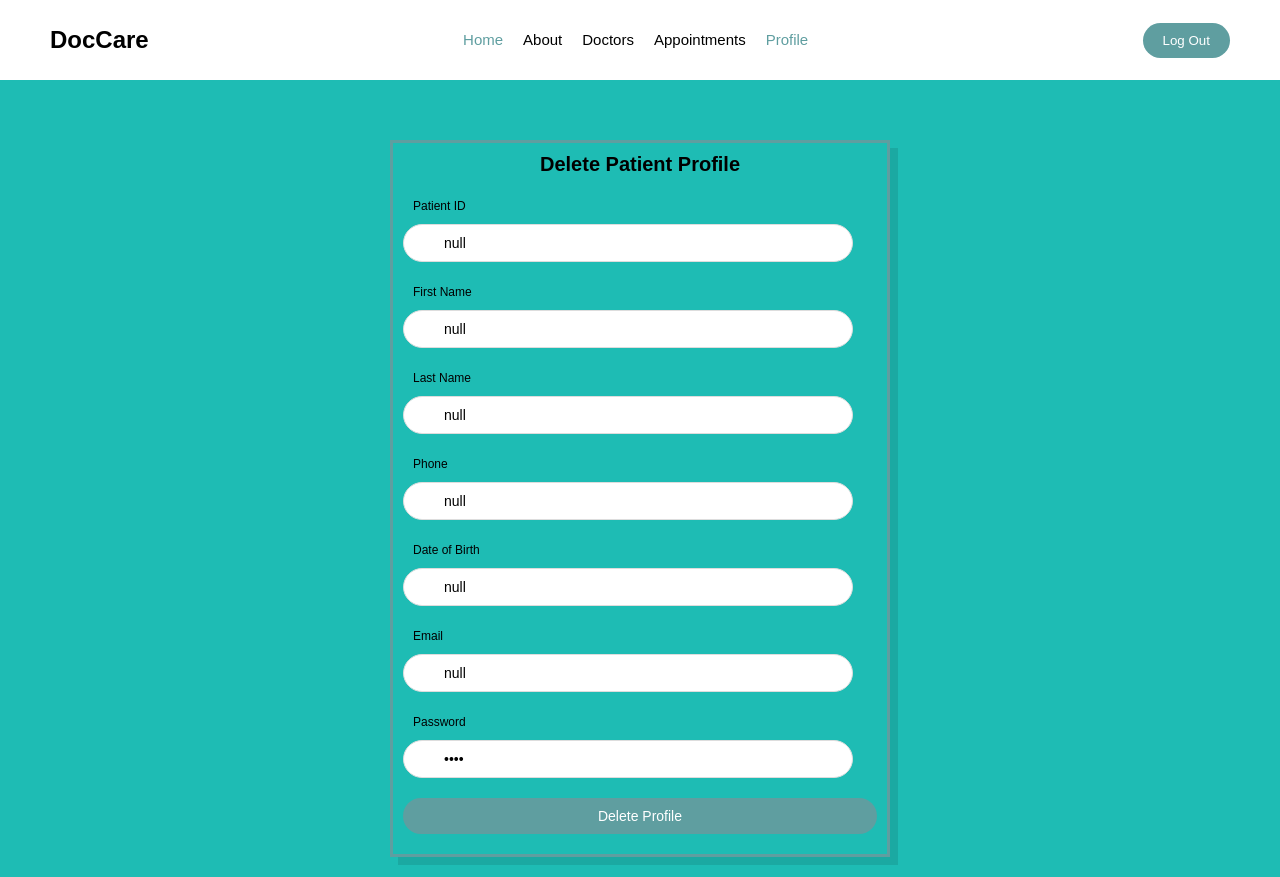
Repository: MonaliWatareka/echanneling
Page: http://localhost/PatientDemo/patientAccountDelete.jsp
The author's editor kept a copy of each file at every save. The page is drawn from the files as they stood at one save, then again after the next save.
The browser window is 1280 px wide. The pictures show the whole page.
The page is served by Tomcat 10.

Above is the page before, as saved 2024-10-13 04:37:58.

After the next save:
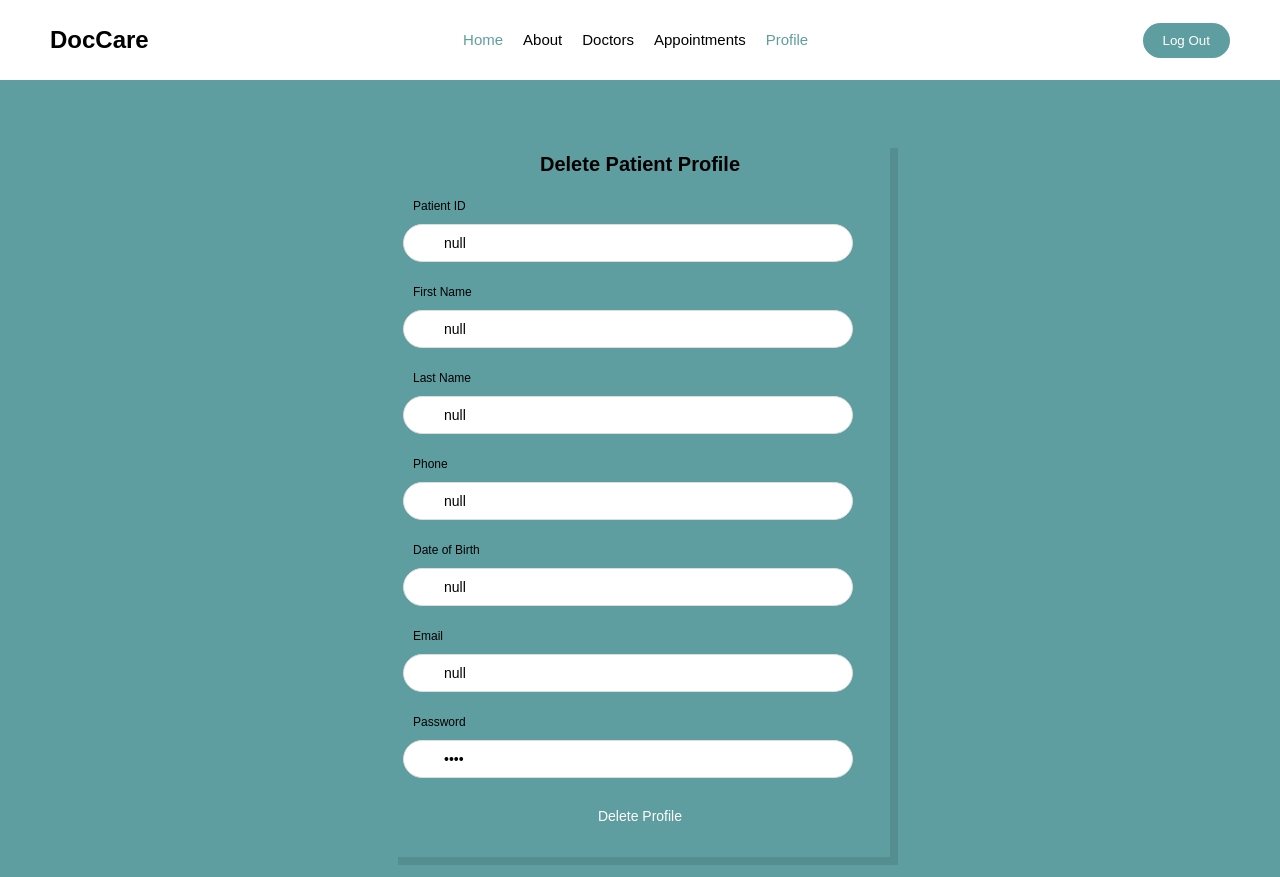
Saved 16 s later.
--- a/Project/PatientDemo/src/main/webapp/patientAccountDelete.jsp
+++ b/Project/PatientDemo/src/main/webapp/patientAccountDelete.jsp
@@ -7,7 +7,13 @@
     <meta name="viewport" content="width=device-width, initial-scale=1.0">
     <title>Delete Patient Profile</title>
    <link rel="stylesheet" href="${pageContext.request.contextPath}/css/login.css">
+   <style>
 
+        body {
+            background-color:  cadetblue;
+
+        }
+    </style>
 </head>
 <body>
 
